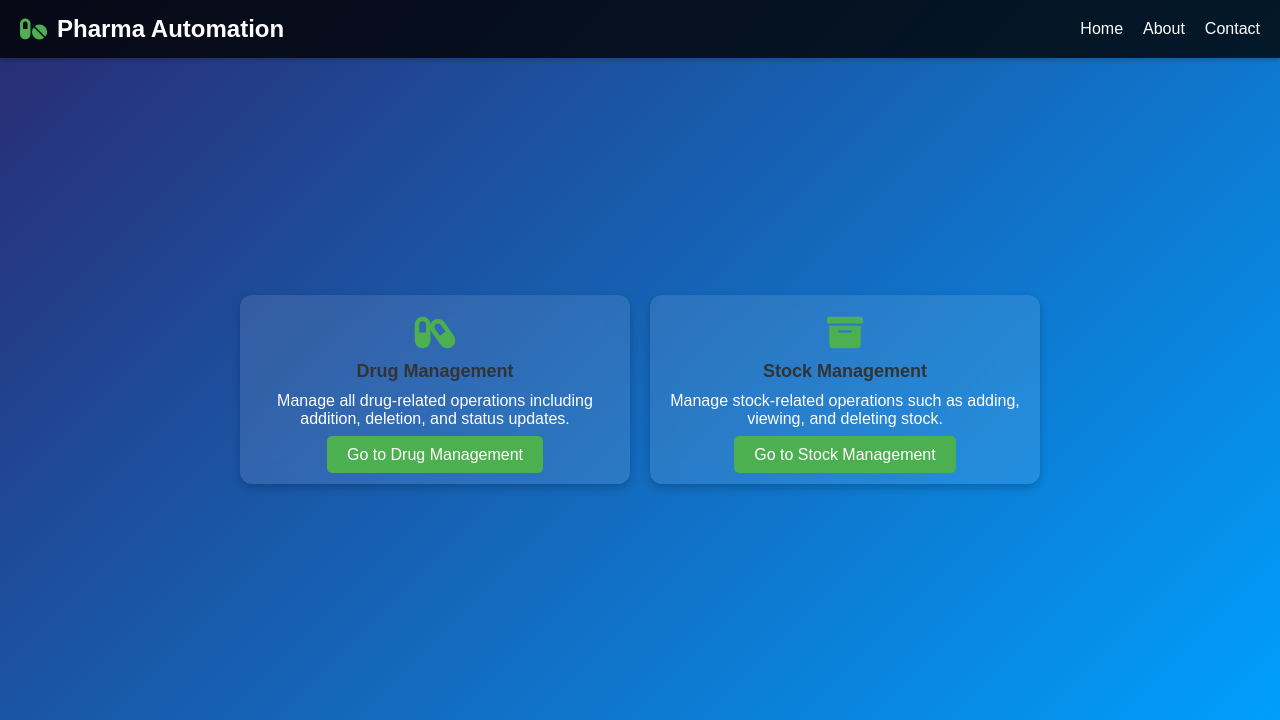
Repository: Clarrieous/Infosys-intern
Page: http://localhost/home
An editor plug-in stored every save of this project. The page is shown before and after the next save, followed by the edit.
The browser window is 1280 px wide. The pictures show the whole page.
The page is this project's Thymeleaf template; nobody is signed in. The template is opened directly, without the code that normally fills it, so the values that code supplies are empty.

Above is the page before, as saved 2024-12-08 19:06:14.

After the next save:
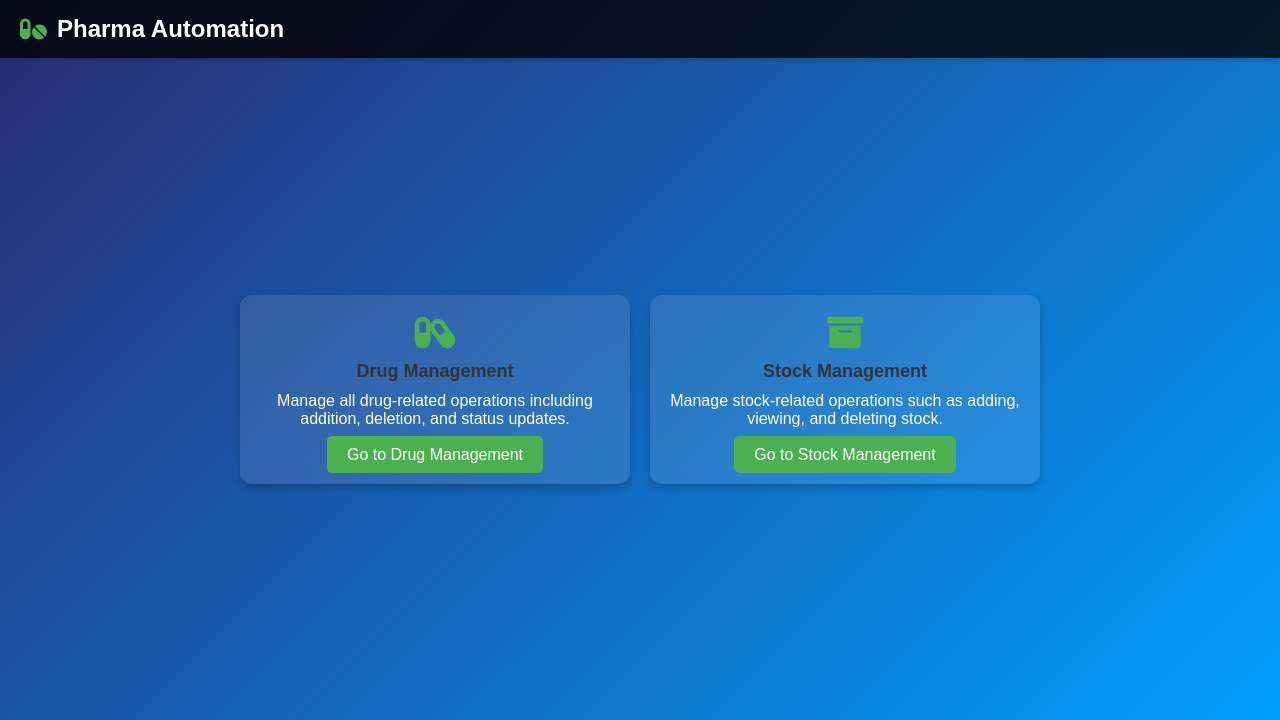
Saved 2 min 55 s later.
--- a/ClientService/src/main/resources/templates/home.html
+++ b/ClientService/src/main/resources/templates/home.html
@@ -142,9 +142,7 @@
             Pharma Automation
         </div>
         <div class="nav-links">
-            <a th:href="@{/home}">Home</a>
-            <a th:href="@{/about}">About</a>
-            <a th:href="@{/contact}">Contact</a>
+
         </div>
     </nav>
 
